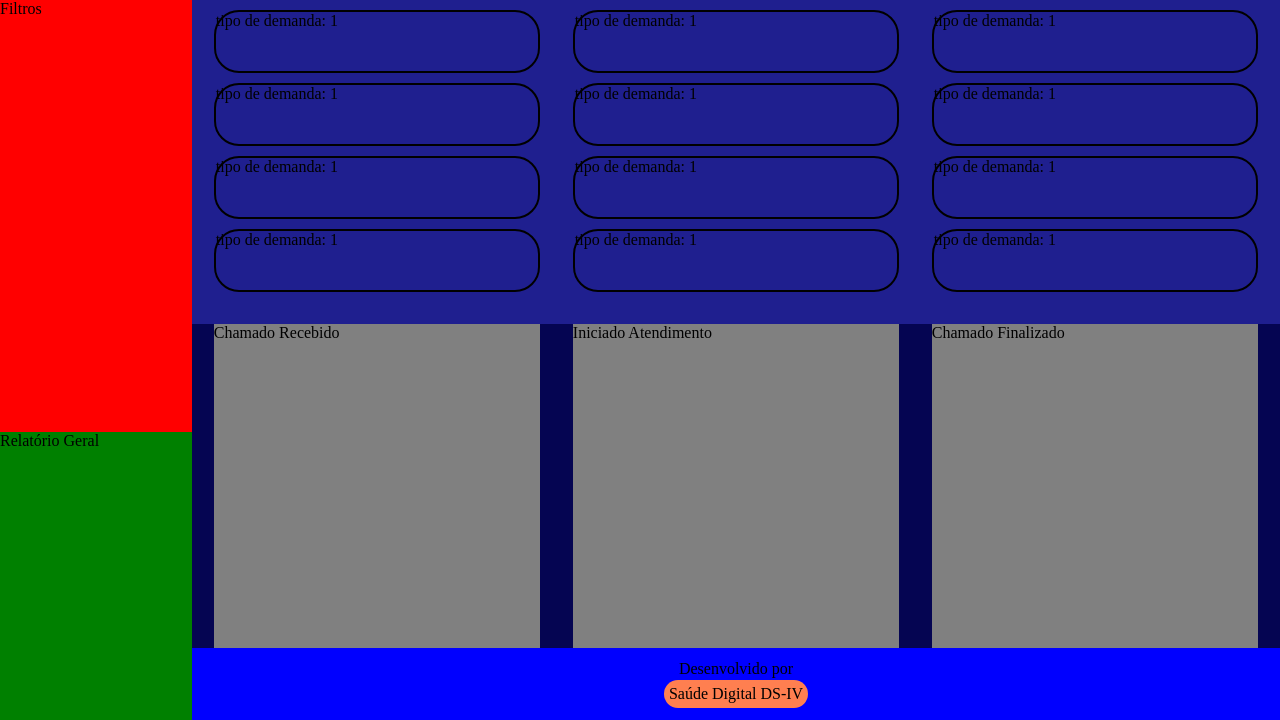
Repository: br-on/ddaf-chamados
Page: index.html
The author's editor kept a copy of each file at every save. The page is drawn from the files as they stood at one save, then again after the next save.
The browser window is 1280 px wide. The pictures show the whole page.

Above is the page before, as saved 2025-01-19 20:49:43.

### index.html
<!DOCTYPE html>
<html lang="pt-br">
<head>
    <meta charset="UTF-8">
    <meta name="viewport" content="width=device-width, initial-scale=1.0">
    <link rel="stylesheet" href="style.css">
    <title>Radar de Chamados</title>
</head>
<body>
    <header>
        <section class="filtros">Filtros</section>
        <section class="percentual">Relatório Geral</section>
    </header>
    <main>
        <section class="tipos-demandas">
            <div class="demanda-tipo">tipo de demanda: 1</div>
            <div class="demanda-tipo">tipo de demanda: 1</div>
            <div class="demanda-tipo">tipo de demanda: 1</div>
            <div class="demanda-tipo">tipo de demanda: 1</div>
            <div class="demanda-tipo">tipo de demanda: 1</div>
            <div class="demanda-tipo">tipo de demanda: 1</div>
            <div class="demanda-tipo">tipo de demanda: 1</div>
            <div class="demanda-tipo">tipo de demanda: 1</div>
            <div class="demanda-tipo">tipo de demanda: 1</div>
            <div class="demanda-tipo">tipo de demanda: 1</div>
            <div class="demanda-tipo">tipo de demanda: 1</div>
            <div class="demanda-tipo">tipo de demanda: 1</div>
        </section>
        <section class="andamento-demandas">
            <div class="demanda-andamento">Chamado Recebido</div>
            <div class="demanda-andamento">Iniciado Atendimento</div>
            <div class="demanda-andamento">Chamado Finalizado</div>
        </section>
        <footer> Desenvolvido por
            <div class="footer-sdds4">Saúde Digital DS-IV</div>
        </footer>
    </main>
</body>
</html>

### style.css
* {
    margin: 0;
    padding: 0;
}
body {
    background-color: black;
    display: flex;
    height: 100vh;
}
header {
    width: 15%;
    background-color: aqua;
}
.filtros {
    height: 60%;
    background-color: red;
}
.percentual {
    height: 40%;
    background-color: green;
}
main {
    width: 85%;
    background-color: aquamarine;
}
.tipos-demandas {
    height: 45%;
    background-color: rgb(31, 31, 143);
    display: grid;
    justify-content: center;
    grid-template-columns: 30% 30% 30%;
    grid-template-rows: 22.5% 22.5% 22.5% 22.5%;
    column-gap: 3%;
}
.andamento-demandas {
    height: 45%;
    background-color: rgb(5, 5, 82);
    display: grid;
    justify-content: center;
    grid-template-columns: 30% 30% 30%;
    column-gap: 3%
}
footer {
    height:10%;
    background-color: blue;
    display: flex;
    flex-direction: column;
    align-items: center;
    justify-content: center;
}
.demanda-tipo {
    border: solid rgb(0, 0, 0) 2px;
    border-radius: 25px;
    margin-top: 10px;
}
.demanda-andamento{
    background-color: gray;
}
.footer-sdds4{
    margin-top: 1.5px;
    background-color: coral;
    border-radius: 30px;
    padding: 5px;
}

After the next save:
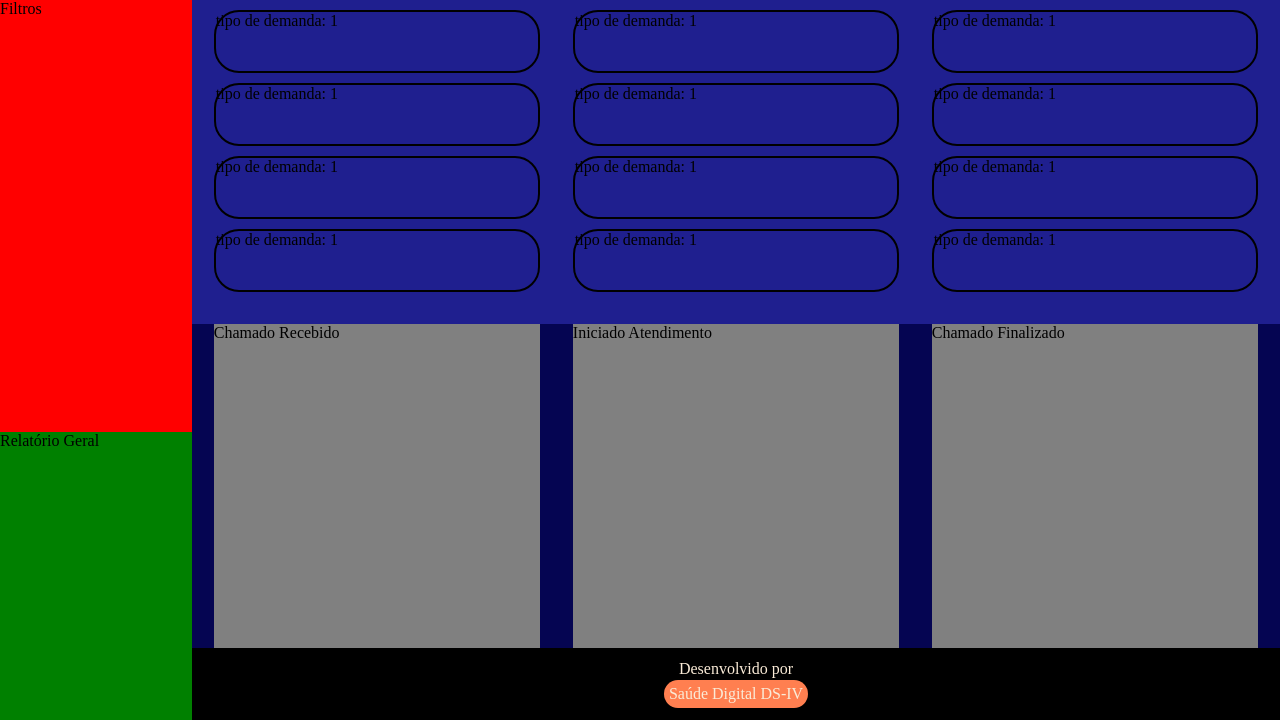
Saved 14 s later.
--- a/style.css
+++ b/style.css
@@ -42,11 +42,12 @@ main {
 }
 footer {
     height:10%;
-    background-color: blue;
+    background-color: black;
     display: flex;
     flex-direction: column;
     align-items: center;
     justify-content: center;
+    color: antiquewhite;
 }
 .demanda-tipo {
     border: solid rgb(0, 0, 0) 2px;
